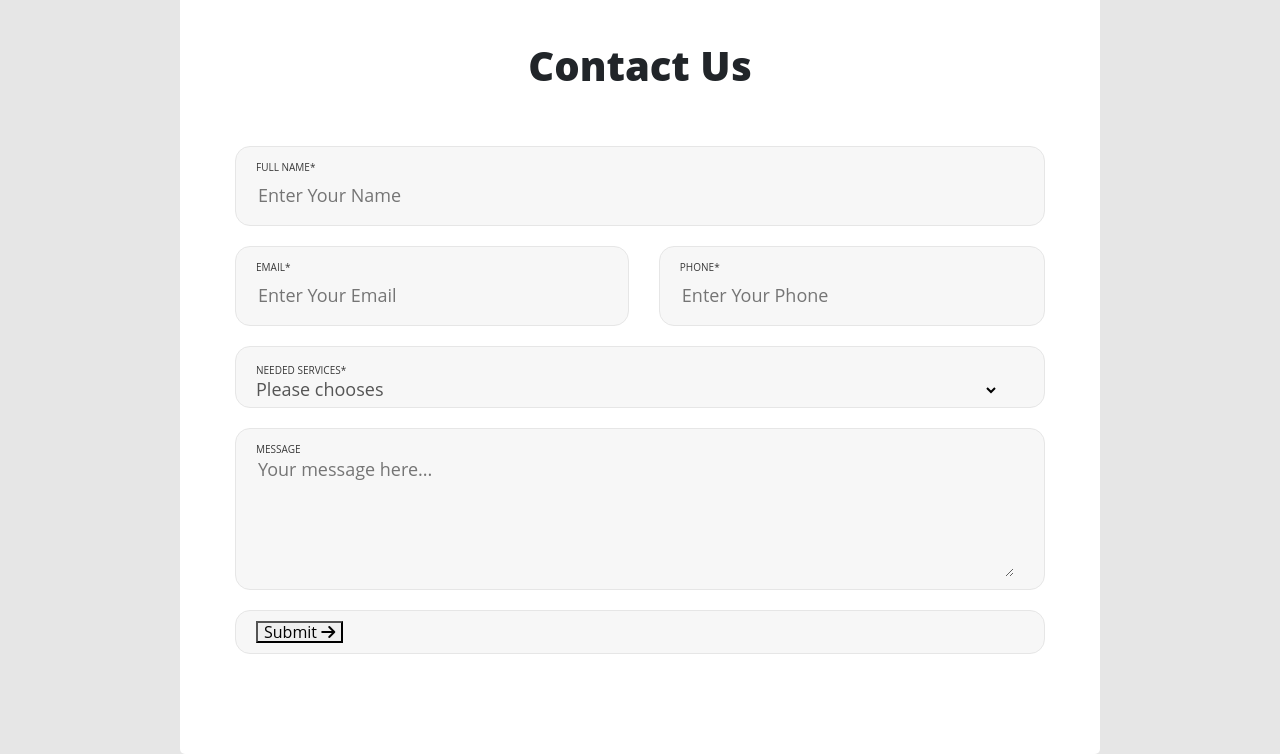
Repository: letrongtinh27/LapTrinhWeb
Page: form-contact/index.html
These files come from the project's save history. The page is drawn as it stood at one moment and after the next save; the edit follows.
The browser window is 1280 px wide. The pictures show the whole page.

Above is the page before, as saved 2022-10-09 12:50:26.

After the next save:
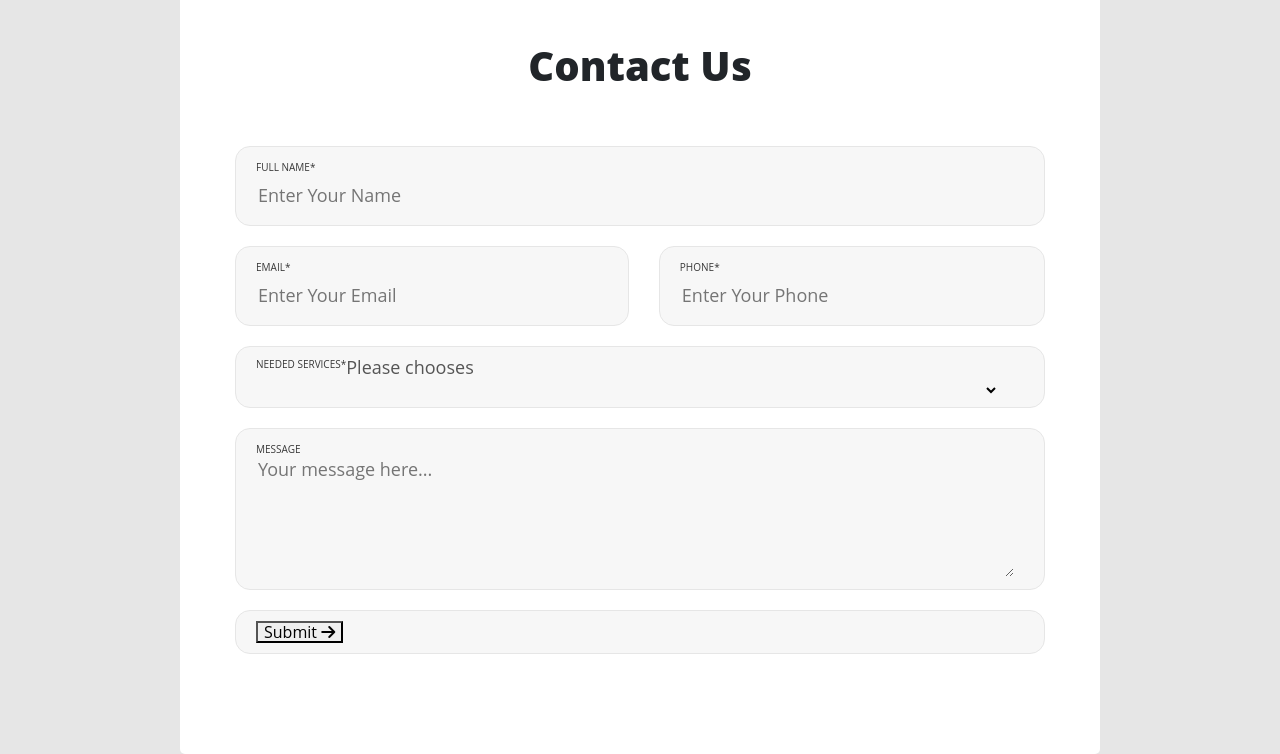
Saved 7 s later.
--- a/form-contact/style.css
+++ b/form-contact/style.css
@@ -36,15 +36,12 @@
     justify-content: space-between;
 }
 
-/* .select span {
+.select span {
     display: inline;
     float: left;
 }
-*/
 
-.select-bar {
-    padding-bottom: 20px !important;
-}
+
 
 .select #select-menu {
     display: flex;

After the save that followed:
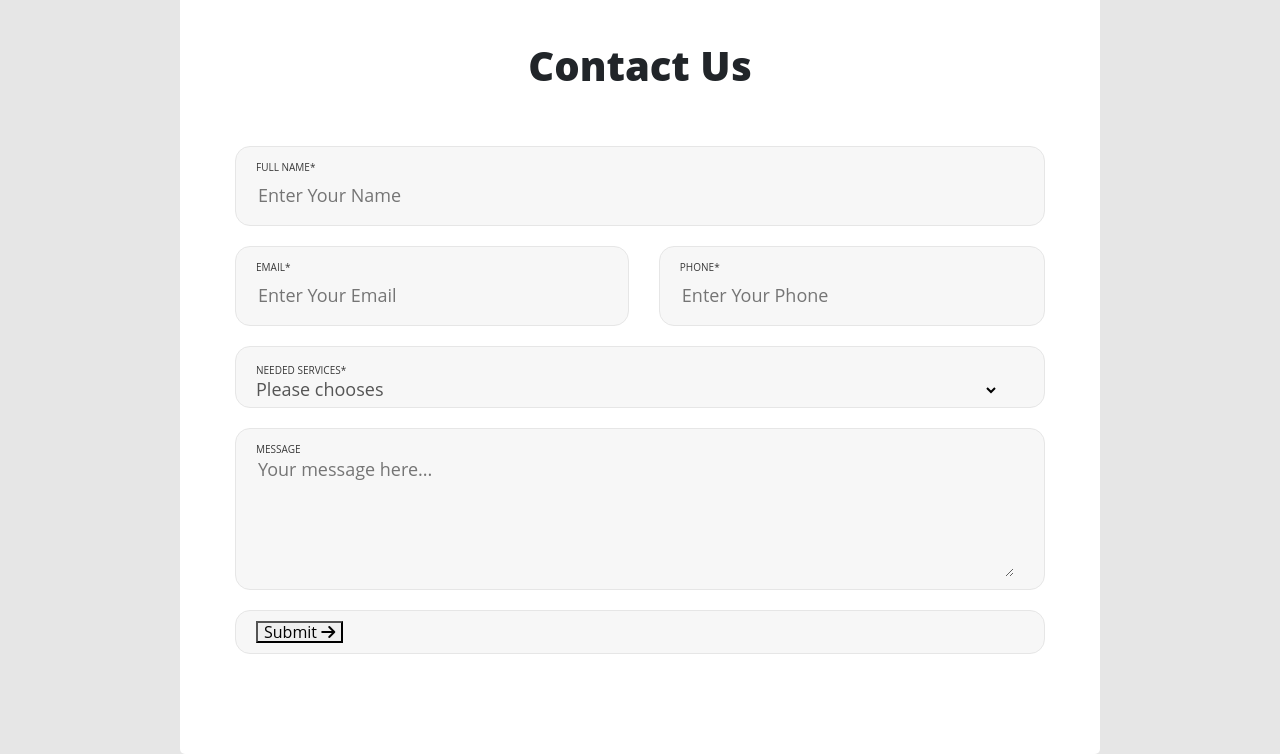
Saved 6 s later.
--- a/form-contact/style.css
+++ b/form-contact/style.css
@@ -35,13 +35,6 @@
     display: flex;
     justify-content: space-between;
 }
-
-.select span {
-    display: inline;
-    float: left;
-}
-
-
 
 .select #select-menu {
     display: flex;
